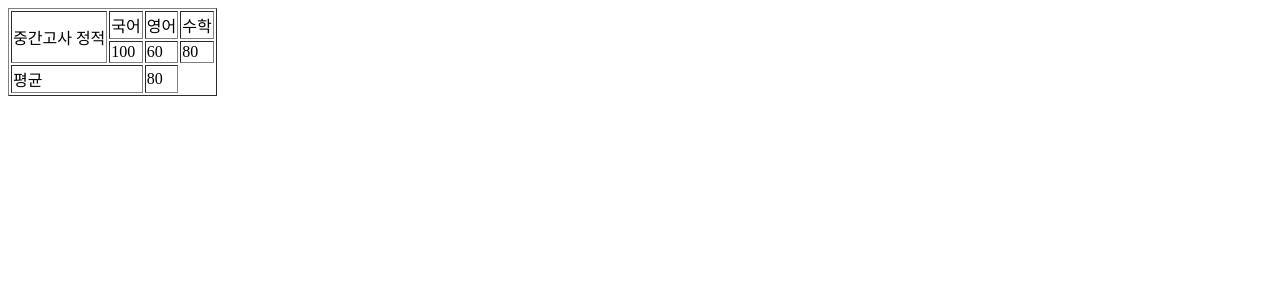
Repository: ygs3004/StudyHTML_CSS
Page: web project 01/src/main/webapp/chapter03/exam03_07.html
These files come from the project's save history. The page is drawn as it stood at one moment and after the next save; the edit follows.
The browser window is 1280 px wide. The pictures show the whole page.

Above is the page before, as saved 2022-08-04 06:37:10.

After the next save:
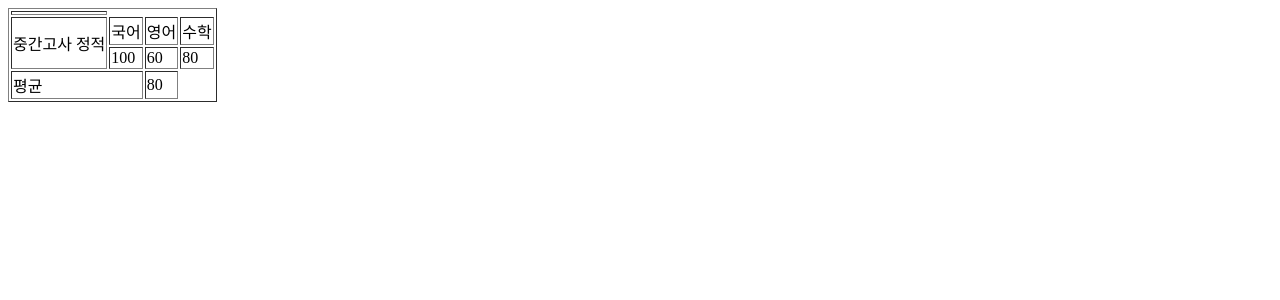
Saved 7 s later.
--- a/web project 01/src/main/webapp/chapter03/exam03_07.html
+++ b/web project 01/src/main/webapp/chapter03/exam03_07.html
@@ -7,6 +7,7 @@
 <body>
 	<table border="1">
 <thead>
+<th></th>
 </thead>
 	<tbody>
 		<td rowspan="2">중간고사 정적</td>

After the save that followed:
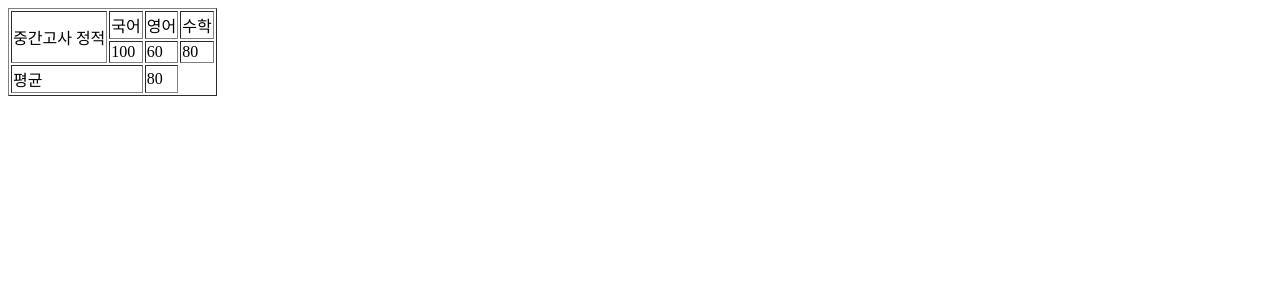
Saved 6 s later.
--- a/web project 01/src/main/webapp/chapter03/exam03_07.html
+++ b/web project 01/src/main/webapp/chapter03/exam03_07.html
@@ -6,9 +6,7 @@
 </head>
 <body>
 	<table border="1">
-<thead>
-<th></th>
-</thead>
+
 	<tbody>
 		<td rowspan="2">중간고사 정적</td>
 		<td>국어</td>
